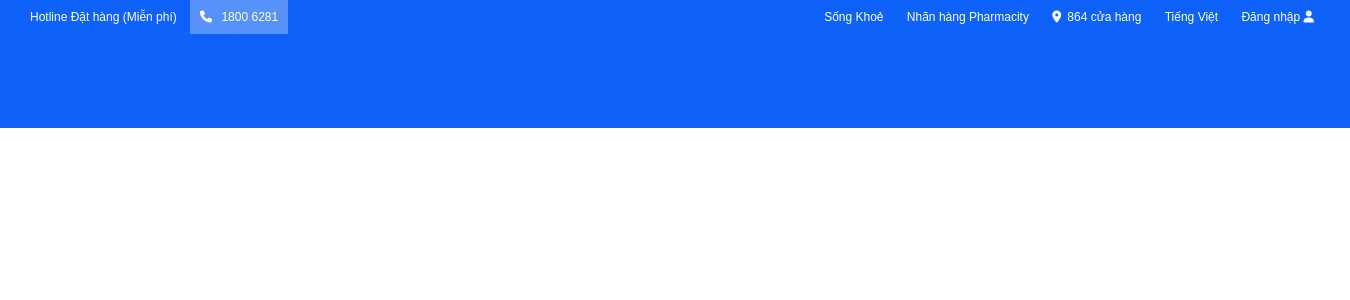
Repository: CGAnVil/case-module3-nhom6
Page: src/main/webapp/index.html
An editor plug-in stored every save of this project. The page is shown before and after the next save, followed by the edit.
The browser window is 1280 px wide. The page is 1350 px wide, so the pictures cover 1350 px, including what lies to the right of the window. The pictures show the whole page.

Above is the page before, as saved 2022-03-08 16:05:39.

### src/main/webapp/index.html
<!DOCTYPE html>
<html lang="en">

<head>
    <meta charset="UTF-8">
    <meta http-equiv="X-UA-Compatible" content="IE=edge">
    <meta name="viewport" content="width=device-width, initial-scale=1.0">
    <link rel="stylesheet" href="https://cdnjs.cloudflare.com/ajax/libs/font-awesome/6.0.0/css/all.min.css" integrity="sha512-9usAa10IRO0HhonpyAIVpjrylPvoDwiPUiKdWk5t3PyolY1cOd4DSE0Ga+ri4AuTroPR5aQvXU9xC6qOPnzFeg==" crossorigin="anonymous" referrerpolicy="no-referrer">
    <link rel="stylesheet" href="./style.css">
    <title>Document</title>
</head>

<body>
    <div class="container">
        <div class="header">
            <div class="header-top">
                <div class="header-top-left">
                    <a href="#">Hotline Đặt hàng (Miễn phí)</a>
                    <a href="tel: 1800 6281">
                        <i class="fa-solid fa-phone"></i> 1800 6281
                    </a>
                </div>
                <div class="header-top-right">
                    <a href="#">Sống Khoẻ</a>
                    <a href="#">Nhãn hàng Pharmacity</a>
                    <a href="#">
                        <i class="fa-solid fa-location-dot"></i>864 cửa hàng
                    </a>
                    <a href="#">Tiếng Việt</a>
                    <a href="#">
                    Đăng nhập
                    <i class="fa-solid fa-user"></i>
                </a>
                </div>
            </div>
            <div class="header-middle"></div>
            <div class="header-bottom"></div>
        </div>
    </div>
</body>

</html>

### src/main/webapp/style.css
* {
    padding: 0;
    margin: 0;
    box-sizing: border-box;
}

body {
    font-family: sans-serif;
}

a {
    text-decoration: none;
}

.header {
    background: #0f62f9;
    width: 1350px;
    height: 128px;
    font-size: 12px;
}

.header-top {
    display: flex;
    justify-content: space-between;
    align-items: center;
    padding: 10px 20px;
}

.header .header-top a {
    color: #fff;
    padding: 10px;
}

.header .header-top a i {
    padding-right: 6px;
}

.header-top-left a:nth-child(2) {
    background-color: rgba(255, 255, 255, 0.3);
}

After the next save:
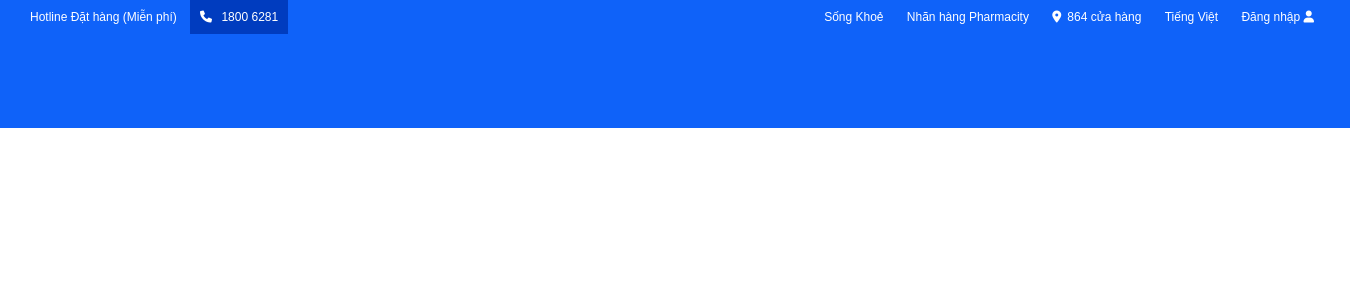
Saved 25 s later.
--- a/src/main/webapp/style.css
+++ b/src/main/webapp/style.css
@@ -36,5 +36,6 @@ a {
 }
 
 .header-top-left a:nth-child(2) {
-    background-color: rgba(255, 255, 255, 0.3);
+    background: #003cbf;
+    ;
 }
